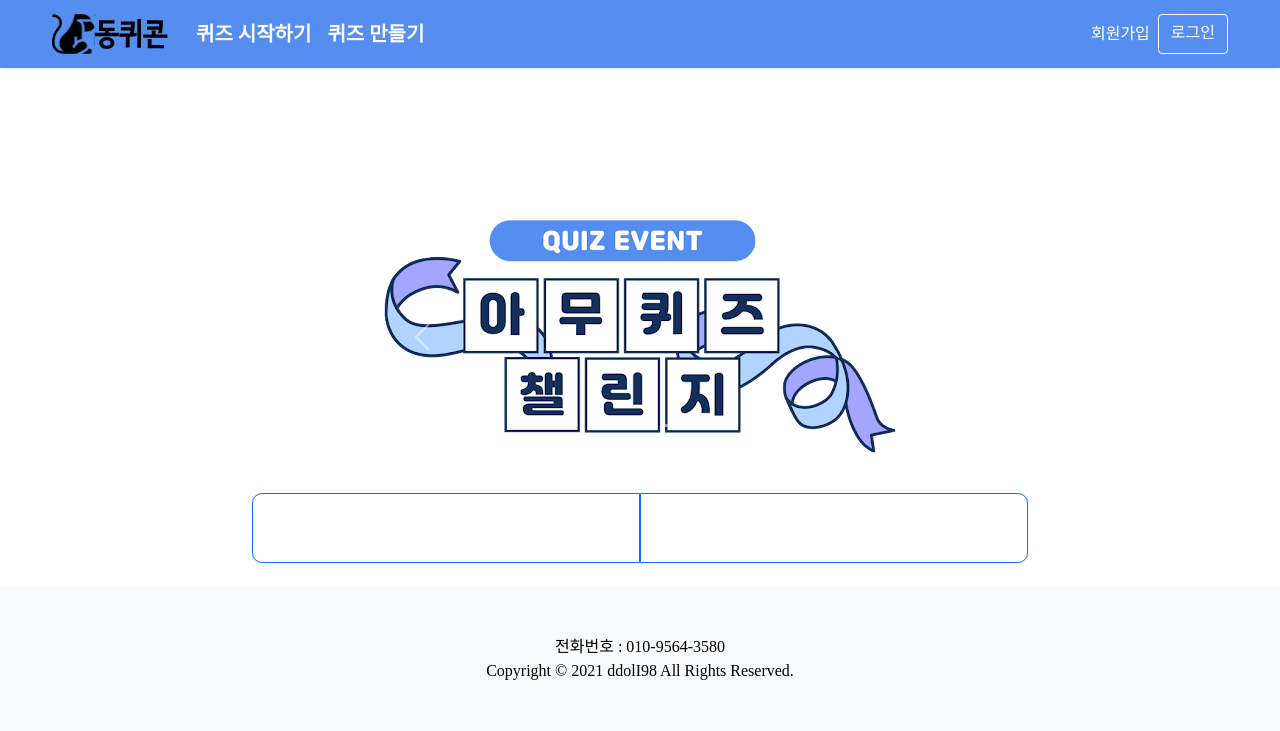
Repository: eogus0512/Quiz_WebProject
Page: http://localhost/Quiz_WebProject/
An editor plug-in stored every save of this project. The page is shown before and after the next save, followed by the edit.
The browser window is 1280 px wide. The pictures show the whole page.
Some web fonts or font styles are not loaded; a fallback is used. The page is served by Tomcat 9. Other server files are loaded and not shown.

Above is the page before, as saved 2021-10-27 08:12:41.

### Quiz_WebProject/WebContent/index.jsp
<%@ page language="java" contentType="text/html;charset=UTF-8" pageEncoding="UTF-8" %>
<%@ page import="java.io.PrintWriter"%>
<!DOCTYPE html>
<html>
<head>
    <meta http-equiv="Content-Type" content="text/html"; charset="UTF-8">
    <meta name="viewport" content="width=device-width, initial-scale=1, shrink-to-fit=no">
    <title>동퀴콘</title>
    <link rel="stylesheet" href="./css/bootstrap.min.css">
    <link rel="stylesheet" href="./css/custom.css">
    <link rel="icon" href="./img/favicon.png">
</head>
<body>
<nav class="navbar navbar-expand-lg navbar-light fixed-top shadow-sm" style="background-color: #558DF0;">
    <div class="container-xxl d-flex align-items-md-center" style="width:1200px">
        <a class="navbar-brand" href="index.jsp"><img src="./img/mainIcon.svg" class="rounded float-start" width="120"></a>
        <button class="navbar-toggler" type="button" data-bs-toggle="collapse" data-bs-target="#navbarSupportedContent" aria-controls="navbarSupportedContent" aria-expanded="false" aria-label="Toggle navigation">
            <span class="navbar-toggler-icon"></span>
        </button>
        <div class="collapse navbar-collapse" id="navbarSupportedContent">
            <ul class="navbar-nav me-auto">
                <li class="nav-item">
                    <a class="nav-link" href="#" style="font-size:15pt; color:white;"><b>퀴즈 시작하기</b></a>
                </li>
                <li class="nav-item">
                    <a class="nav-link" href="#" style="font-size:15pt; color:white;"><b>퀴즈 만들기</b></a>
                </li>
            </ul>
            <%
                String loginID = null;
                String userName = null;
                if(session.getAttribute("loginID") != null) {
                    loginID = (String) session.getAttribute("loginID");
                    userName = (String) session.getAttribute("userName");
                }
                if(loginID == null) {
            %>
            <ul class="navbar-nav">
                <a class="nav-link" aria-current="page" href="signUp.jsp" style="color:white">회원가입</a>
                <a class="btn btn-outline-primary" href="login.jsp" style="border-color: white; color: white">로그인</a>
            </ul>
            <%
            } else {
            %>
            <ul class="navbar-nav d-flex">
                <li class="nav-item dropdown">
                    <a class="nav-link dropdown-toggle" href="#" id="navbarDropdown" role="button" data-bs-toggle="dropdown" aria-expanded="false">
                        <%=userName %> 님
                    </a>
                    <ul class="dropdown-menu" aria-labelledby="navbarDropdown" style="background-color: #FAF1D6;">
                        <li><a class="dropdown-item" href="myPage.jsp">마이페이지</a></li>
                        <li><a class="dropdown-item" href="#">1:1 문의</a></li>
                        <li><hr class="dropdown-divider"></li>
                        <li><a class="dropdown-item" href="logout.jsp">로그아웃</a></li>
                    </ul>
                </li>
            </ul>
            <%
                }
            %>
        </div>
    </div>
</nav><br><br><br><br><br>
<div id="mainSlide" class="carousel slide carousel-fade" data-bs-ride="carousel" style="width:40%; margin: auto; display: flex; margin-bottom:40px; margin-top: 100px; border-radius:100px;">
    <div class="carousel-indicators">
        <button type="button" data-bs-target="#mainSlide" data-bs-slide-to="0" class="active" aria-current="true" aria-label="Slide 1"></button>
        <button type="button" data-bs-target="#mainSlide" data-bs-slide-to="1" aria-label="Slide 2"></button>
        <button type="button" data-bs-target="#mainSlide" data-bs-slide-to="2" aria-label="Slide 3"></button>
    </div>
    <div class="carousel-inner">
        <div class="carousel-item active" id="first">
            <img src="./img/quizRandom.png" class="d-block w-100" alt="첫번째">
        </div>
        <div class="carousel-item" id="second">
            <img src="./img/quizRandom.png" class="d-block w-100" alt="두번째">
        </div>
        <div class="carousel-item" id="third">
            <img src="./img/quizRandom.png" class="d-block w-100" alt="세번째">
        </div>
    </div>
    <button class="carousel-control-prev" type="button" data-bs-target="#mainSlide" data-bs-slide="prev" style="color:#558DF0;">
        <span class="carousel-control-prev-icon" aria-hidden="true"></span>
        <span class="visually-hidden">Previous</span>
    </button>
    <button class="carousel-control-next" type="button" data-bs-target="#mainSlide" data-bs-slide="next">
        <span class="carousel-control-next-icon" aria-hidden="true"></span>
        <span class="visually-hidden">Next</span>
    </button>
</div>
<div class="container-xxl" style="width:800px; margin: auto;">
    <form class="d-flex" method="get" action="search.jsp">
        <a class="btn btn-outline-primary" href="#" style="width:400px; height:70px; border-radius: 10px 0px 0px 10px; font-size:20pt; color:white;"><b>랭킹</b></a>
        <a class="btn btn-outline-primary" href="#" style="width:400px; height:70px; border-radius: 0px 10px 10px 0px; font-size:20pt; color:white;"><b>게시판</b></a>
    </form>
</div>
<footer class="bg-light mt-4 p-5 text-center" style="color: #000000;">
    전화번호 : 010-9564-3580<br>
    Copyright &copy; 2021 ddolI98 All Rights Reserved.
</footer>
<script src="./js/jquery.min.js"></script>
<script src="./js/popper.js"></script>
<script src="./js/bootstrap.min.js"></script>
</body>
</html>

### Quiz_WebProject/WebContent/css/custom.css
@import url(https://fonts.googleapis.com/earlyaccess/nanumgothic.css);
.navbar-brand, h1, h2, h3, h4 {
    font-family: 'Nanum Gothic';
}
h5 {
    font-family: 'Nanum Gothic';
    font-size: 18px;
}
body {
    font-family: 'Nanum Gothic';
}

### Quiz_WebProject/WebContent/img/mainIcon.svg
<svg width="566" height="200" viewBox="0 0 566 200" fill="none" xmlns="http://www.w3.org/2000/svg" xmlns:xlink="http://www.w3.org/1999/xlink">
<path d="M295.023 86.0469H267.883V94.625H315.273V110.656H201.508V94.625H249.742V86.0469H222.039V34.1562H294.883V50.3281H240.18V69.875H295.023V86.0469ZM276.18 142.719C276.18 139.062 274.492 136.016 271.117 133.578C267.742 131.141 263.57 129.922 258.602 129.922C253.539 129.922 249.32 131.141 245.945 133.578C242.664 136.016 241.023 139.062 241.023 142.719C241.023 146.375 242.664 149.422 245.945 151.859C249.32 154.297 253.539 155.516 258.602 155.516C263.57 155.516 267.742 154.297 271.117 151.859C274.492 149.422 276.18 146.375 276.18 142.719ZM294.32 142.719C294.32 146.656 293.43 150.406 291.648 153.969C289.867 157.625 287.336 160.812 284.055 163.531C280.773 166.062 276.93 168.031 272.523 169.438C268.117 170.938 263.477 171.688 258.602 171.688C253.633 171.688 248.945 170.938 244.539 169.438C240.133 168.031 236.289 166.062 233.008 163.531C229.82 160.812 227.336 157.625 225.555 153.969C223.773 150.406 222.883 146.656 222.883 142.719C222.883 138.781 223.773 135.031 225.555 131.469C227.336 127.906 229.82 124.812 233.008 122.188C236.289 119.562 240.133 117.547 244.539 116.141C248.945 114.641 253.633 113.891 258.602 113.891C263.477 113.891 268.117 114.641 272.523 116.141C276.93 117.547 280.773 119.562 284.055 122.188C287.336 124.812 289.867 127.906 291.648 131.469C293.43 135.031 294.32 138.781 294.32 142.719ZM324.977 68.3281H371.945C372.227 64.0156 372.367 59.9844 372.367 56.2344H324.977V40.0625H390.508C390.508 54.4062 390.086 66.5 389.242 76.3438C388.68 83.375 387.742 90.0781 386.43 96.4531C390.555 95.9844 394.773 95.375 399.086 94.625V110.094C390.555 111.594 382.352 112.484 374.477 112.766C371.57 112.859 368.758 112.953 366.039 113.047V163.812H347.898V113.188H317.664V97.7188H353.805C357.273 97.7188 362.008 97.6719 368.008 97.5781C368.852 92.9844 369.602 88.3438 370.258 83.6562H324.977V68.3281ZM402.32 165.922V28.9531H420.039V165.922H402.32ZM447.742 64.25H504.555C505.023 56.375 505.258 51.8281 505.258 50.6094H447.742V34.4375H523.398C523.398 44.8438 522.977 55.6719 522.133 66.9219C521.289 78.1719 520.117 88.1562 518.617 96.875H500.617C501.648 91.1562 502.492 85.4844 503.148 79.8594H447.742V64.25ZM430.586 101.797H470.383V83.6562H488.664V101.797H544.352V117.688H430.586V101.797ZM527.758 168.312H451.539V123.453H469.68V152.281H527.758V168.312Z" fill="black"/>
<rect width="200" height="200" fill="url(#pattern0)"/>
<defs>
<pattern id="pattern0" patternContentUnits="objectBoundingBox" width="1" height="1">
<use xlink:href="#image0_306:2" transform="scale(0.00195312)"/>
</pattern>
<image id="image0_306:2" width="512" height="512" xlink:href="data:[embedded picture, 21418 characters]"/>
</defs>
</svg>

Loaded but not shown: Quiz_WebProject/WebContent/css/bootstrap.min.css (library); Quiz_WebProject/WebContent/js/jquery.min.js (library); Quiz_WebProject/WebContent/js/popper.js (library); Quiz_WebProject/WebContent/js/bootstrap.min.js (library)

After the next save:
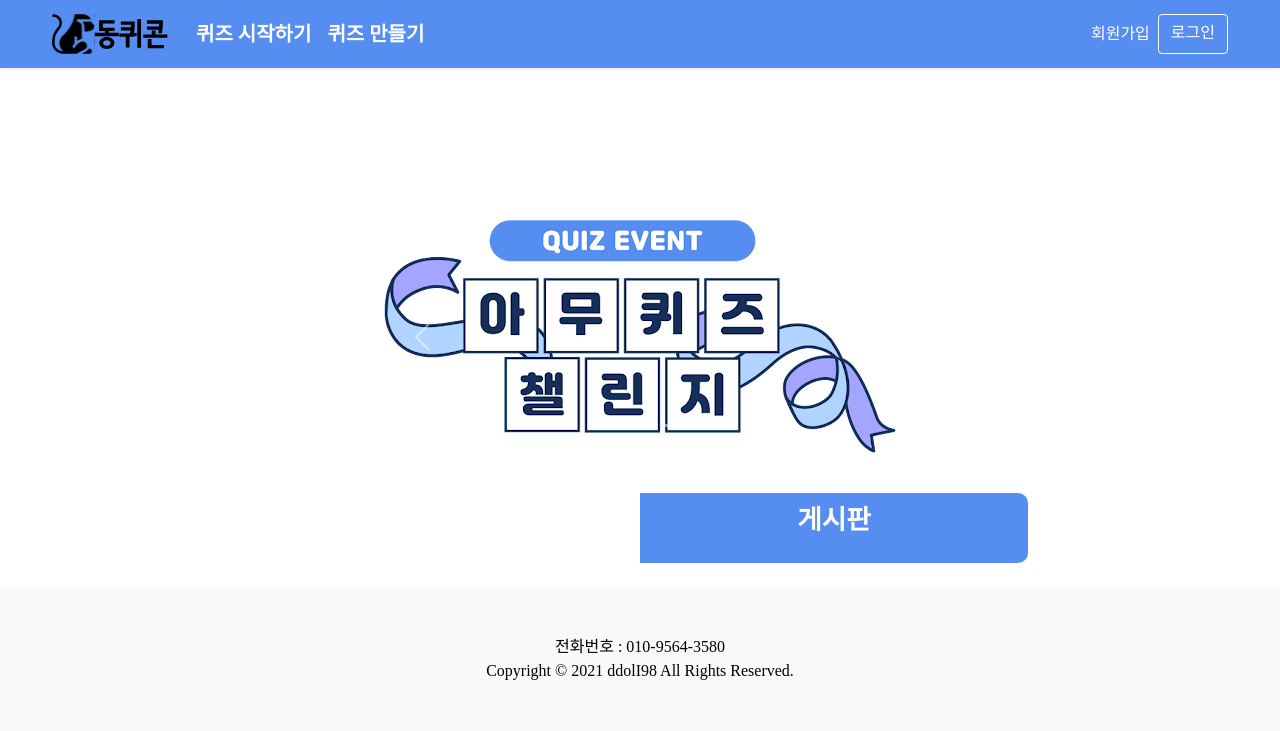
Saved 52 s later.
--- a/Quiz_WebProject/WebContent/index.jsp
+++ b/Quiz_WebProject/WebContent/index.jsp
@@ -89,8 +89,8 @@
 </div>
 <div class="container-xxl" style="width:800px; margin: auto;">
     <form class="d-flex" method="get" action="search.jsp">
-        <a class="btn btn-outline-primary" href="#" style="width:400px; height:70px; border-radius: 10px 0px 0px 10px; font-size:20pt; color:white;"><b>랭킹</b></a>
-        <a class="btn btn-outline-primary" href="#" style="width:400px; height:70px; border-radius: 0px 10px 10px 0px; font-size:20pt; color:white;"><b>게시판</b></a>
+        <a class="btn" href="#" style="width:400px; height:70px; border-radius: 10px 0px 0px 10px; font-size:20pt; color:white;"><b>랭킹</b></a>
+        <a class="btn" href="#" style="width:400px; height:70px; border-radius: 0px 10px 10px 0px; font-size:20pt; color:white; background-color: #558DF0;"><b>게시판</b></a>
     </form>
 </div>
 <footer class="bg-light mt-4 p-5 text-center" style="color: #000000;">
